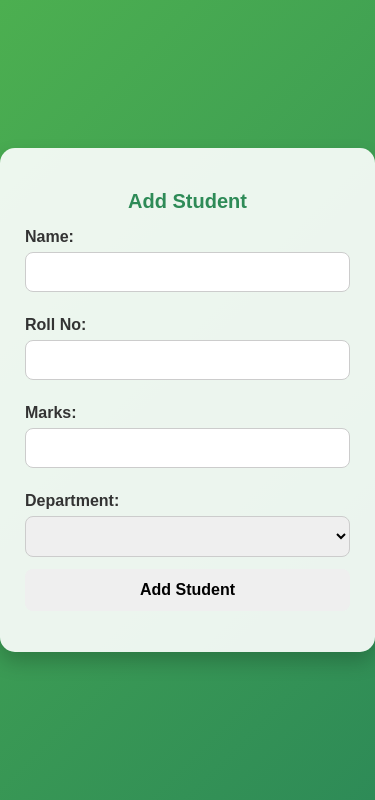
Repository: Ananyashettyy/CoreJavaRepo
Page: http://localhost/Student/addStudent.jsp
The author's editor kept a copy of each file at every save. The page is drawn from the files as they stood at one save, then again after the next save.
The browser window is 375 px wide. The pictures show the whole page.
The page is served by Tomcat 10. Queries for data that is not in the repository find no rows.

Above is the page before, as saved 2025-03-14 06:16:41.

After the next save:
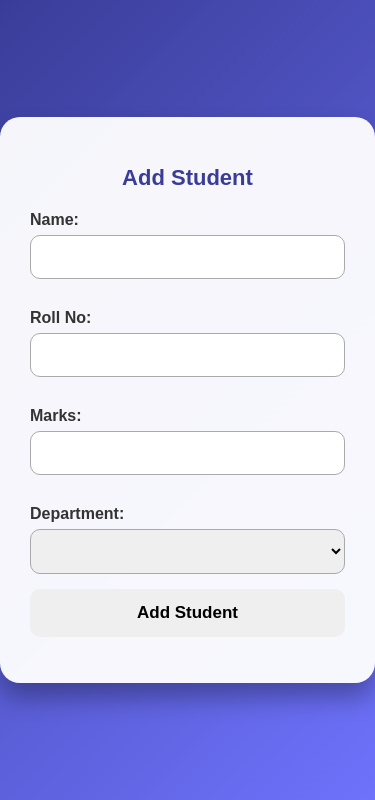
Saved 6 min 21 s later.
--- a/eclipse-workspace/Student/src/main/webapp/style.css
+++ b/eclipse-workspace/Student/src/main/webapp/style.css
@@ -3,7 +3,7 @@
 /* General Page Styling */
 body {
     font-family: 'Poppins', Arial, sans-serif;
-    background: linear-gradient(135deg, #4CAF50, #2E8B57);
+    background: linear-gradient(135deg, #3A3D98, #6E72FC);
     margin: 0;
     padding: 0;
     display: flex;
@@ -14,26 +14,27 @@ body {
 
 /* Container Styling */
 .container {
-    background: rgba(255, 255, 255, 0.9);
+    background: rgba(255, 255, 255, 0.95);
     width: 90%;
-    max-width: 450px;
-    border-radius: 15px;
-    padding: 25px;
-    box-shadow: 0 10px 20px rgba(0, 0, 0, 0.2);
+    max-width: 500px;
+    border-radius: 20px;
+    padding: 30px;
+    box-shadow: 0 15px 25px rgba(0, 0, 0, 0.3);
     text-align: center;
+    animation: fadeIn 0.5s ease-in-out;
 }
 
 /* Heading Style */
 h2 {
-    color: #2E8B57;
-    font-size: 24px;
-    margin-bottom: 15px;
+    color: #3A3D98;
+    font-size: 26px;
+    margin-bottom: 20px;
 }
 
 /* Labels */
 label {
     display: block;
-    margin: 12px 0 6px;
+    margin: 15px 0 6px;
     font-weight: 600;
     color: #333;
     text-align: left;
@@ -42,39 +43,46 @@ label {
 /* Inputs and Select Dropdowns */
 input, select {
     width: 100%;
-    padding: 10px;
-    margin-bottom: 12px;
-    border-radius: 8px;
-    border: 1px solid #ccc;
+    padding: 12px;
+    margin-bottom: 15px;
+    border-radius: 10px;
+    border: 1px solid #aaa;
     box-sizing: border-box;
     font-size: 16px;
+    transition: 0.3s;
+}
+
+input:focus, select:focus {
+    border-color: #6E72FC;
+    outline: none;
+    box-shadow: 0 0 5px rgba(110, 114, 252, 0.5);
 }
 
 /* Buttons */
 button {
     width: 100%;
-    padding: 12px;
+    padding: 14px;
     border: none;
-    border-radius: 8px;
+    border-radius: 10px;
     font-weight: bold;
-    font-size: 16px;
+    font-size: 17px;
     cursor: pointer;
     transition: 0.3s;
 }
 
 /* Primary Button */
 .btn-primary {
-    background: linear-gradient(90deg, #4CAF50, #2E8B57);
+    background: linear-gradient(90deg, #6E72FC, #3A3D98);
     color: white;
 }
 
 .btn-primary:hover {
-    background: linear-gradient(90deg, #2E8B57, #4CAF50);
+    background: linear-gradient(90deg, #3A3D98, #6E72FC);
 }
 
 /* Secondary Button */
 .btn-secondary {
-    background: #f44336;
+    background: #ff4b5c;
     color: white;
 }
 
@@ -86,26 +94,38 @@ button {
 table {
     width: 100%;
     border-collapse: collapse;
-    margin-top: 20px;
+    margin-top: 25px;
     background: white;
-    border-radius: 8px;
+    border-radius: 10px;
     overflow: hidden;
-    box-shadow: 0 5px 10px rgba(0, 0, 0, 0.1);
+    box-shadow: 0 8px 15px rgba(0, 0, 0, 0.15);
 }
 
 th, td {
-    padding: 12px;
+    padding: 14px;
     text-align: center;
     border: 1px solid #ddd;
 }
 
 th {
-    background: linear-gradient(90deg, #4CAF50, #2E8B57);
+    background: linear-gradient(90deg, #6E72FC, #3A3D98);
     color: white;
 }
 
 td {
-    background-color: #f9f9f9;
+    background-color: #f7f7f7;
+}
+
+/* Animations */
+@keyframes fadeIn {
+    from {
+        opacity: 0;
+        transform: translateY(-10px);
+    }
+    to {
+        opacity: 1;
+        transform: translateY(0);
+    }
 }
 
 /* Responsive Design */
@@ -115,6 +135,6 @@ td {
     }
 
     h2 {
-        font-size: 20px;
+        font-size: 22px;
     }
 }
